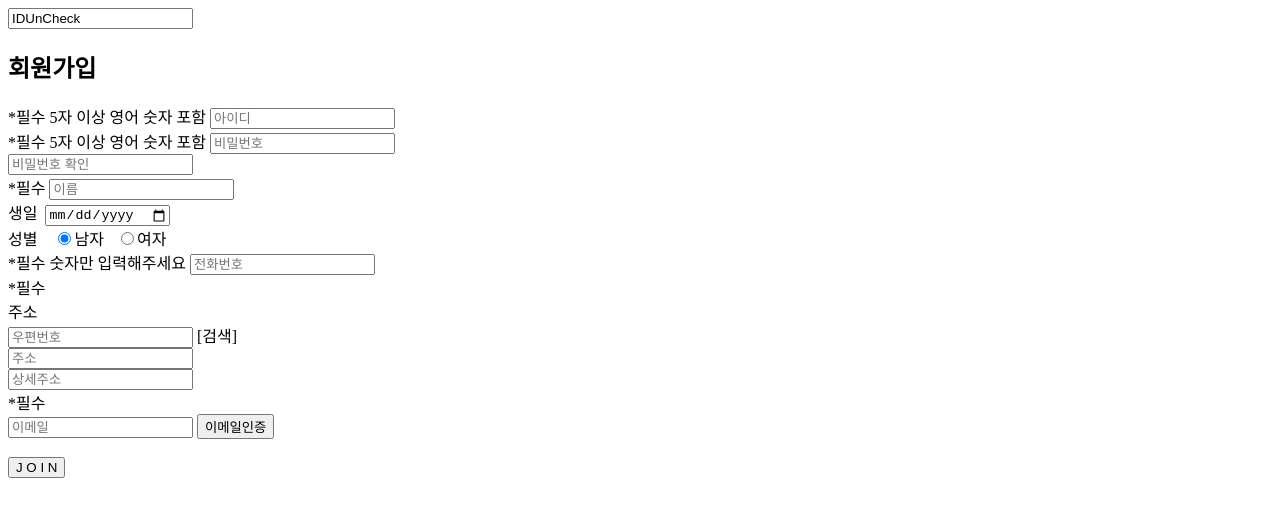
Repository: chmyj2/Team2_Final-project
Page: http://localhost/FinalProject/WEB-INF/views/2Team/t2login/t2_join.jsp
The author's editor kept a copy of each file at every save. The page is drawn from the files as they stood at one save, then again after the next save.
The browser window is 1280 px wide. The pictures show the whole page.
The page is served by Tomcat 9. Nobody is signed in. Other server files are loaded and not shown. The template is opened directly, without the code that normally fills it, so the values that code supplies are empty.

Above is the page before, as saved 2022-09-02 08:18:20.

### FinalProject/src/main/webapp/WEB-INF/views/2Team/t2login/t2_join.jsp
<%@ page language="java" contentType="text/html; charset=UTF-8"
    pageEncoding="UTF-8"%>
<%@ taglib uri="http://java.sun.com/jsp/jstl/core" prefix="c" %>
<!DOCTYPE html>
<html>
<head>
<meta charset="UTF-8">
<title>Insert title here</title>
</head>
<body>
<div class="t2-join-outdiv">
<form action="joinDo" method="POST" class="joinForm" name="joinForm" onsubmit="return joinCheck()">
        <input class="validCheck"  id="join_IDCheck" value="IDUnCheck">
        <input class="validCheck" type="hidden" id="join_emailCheckNum" value="emailUnCheck">
      <h2>회원가입</h2>
      <div class="join-textForm">
      	<span class="jointxt">*필수 5자 이상 영어 숫자 포함</span>
        <input name="member_ID" type="text" class="join-id" placeholder="아이디" id="joinMember_ID">
        <span id="idcheckResult"></span> <br>
        <span id="IDValidCheck"></span>
      </div>

      <div class="join-textForm">
      	<span class="jointxt">*필수 5자 이상 영어 숫자 포함</span>
        <input name="member_PW"  class="join-pw" placeholder="비밀번호">
      </div>

       <div class="join-textForm">
        <input name="loginPwConfirm"  class="join-pw2" placeholder="비밀번호 확인">
        <span class="pwCheckResult"></span>
      </div>

      <div class="join-textForm">
      <span class="jointxt-only">*필수</span>
        <input name="member_name"  class="join-name" placeholder="이름">
      </div>

      <div class="join-textForm brith">
      	생일&nbsp;&nbsp;<input name="member_birth" type="date" class="join-birth" >
      </div>

      <div class="join-textForm brith">
      	성별 &nbsp;&nbsp;
        <input name="member_sex" type="radio" class="join-sex" value="m" checked="checked">남자
        &nbsp;&nbsp;<input name="member_sex" type="radio" class="join-sex" value="w">여자
      </div>

      <div class="join-textForm">
      	<span class="jointxt">*필수 숫자만 입력해주세요</span>
        <input name="member_phoneNum" type="number" class="join-cellphoneNo" placeholder="전화번호">
      </div>

      <div class="join-textForm addr">
      <span class="jointxt-only-addr">*필수</span><br>
       주소<br>
        <input id="join_addr3Input" readonly="readonly" name="m_addr3" maxlength="5" autocomplete="off" placeholder="우편번호">
		<span id="addrSearchBtn">[검색]</span><br>
		<input id="join_addr1Input" readonly="readonly" name="m_addr1" maxlength="30" autocomplete="off" placeholder="주소"><br>
		<input id="join_addr2Input" name="m_addr2" maxlength="30" autocomplete="off" placeholder="상세주소">
      </div>

       <div class="join-textForm">
       <span class="jointxt-only">*필수</span><br>
        <input name="member_email" type="email" id="join-email" placeholder="이메일">
        <button type="button" id="join_mail_check">이메일인증</button><br>
        <input placeholder="인증번호를 입력해주세요" id="join_mail_num" type="hidden"> <br>
      <span id="mail-check-warn"></span> <!-- 인증코드 확인 -->
      <span id="emailcheckResult"></span> <!-- 중복확인 -->
      </div>

      <input type="hidden" name="member_linkWhere" value="1">
      <input type="hidden" name="member_paper" value="동의">
      <input type="submit" class="join-btn" value="J O I N"/>
    </form>
    </div>
</body>
</html>

After the next save:
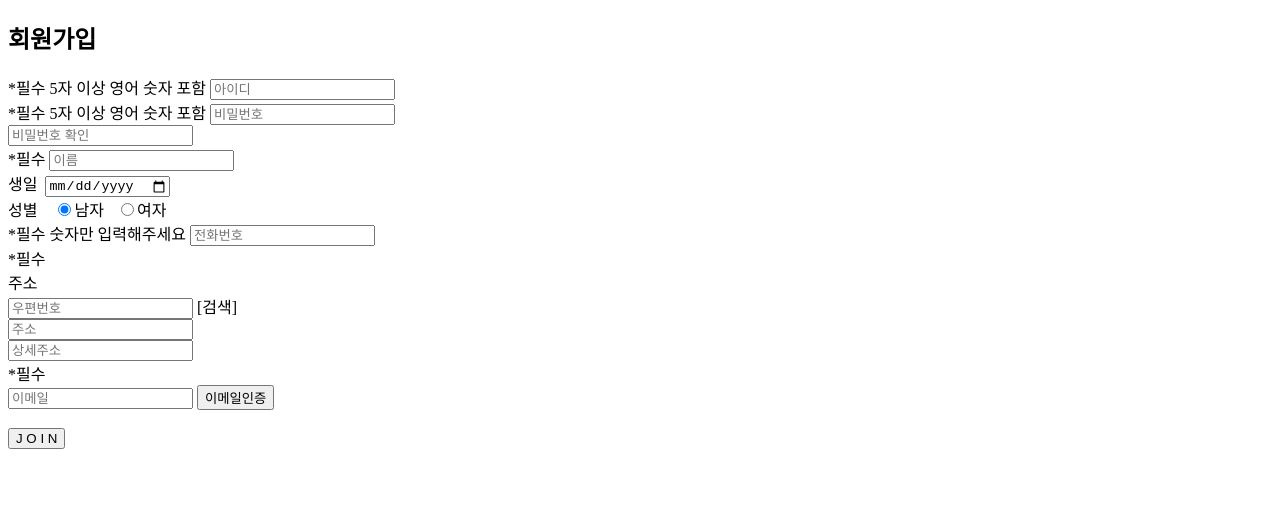
Saved 18 s later.
--- a/FinalProject/src/main/webapp/WEB-INF/views/2Team/t2login/t2_join.jsp
+++ b/FinalProject/src/main/webapp/WEB-INF/views/2Team/t2login/t2_join.jsp
@@ -10,7 +10,7 @@
 <body>
 <div class="t2-join-outdiv">
 <form action="joinDo" method="POST" class="joinForm" name="joinForm" onsubmit="return joinCheck()">
-        <input class="validCheck"  id="join_IDCheck" value="IDUnCheck">
+        <input class="validCheck" type="hidden" id="join_IDCheck" value="IDUnCheck">
         <input class="validCheck" type="hidden" id="join_emailCheckNum" value="emailUnCheck">
       <h2>회원가입</h2>
       <div class="join-textForm">

After the save that followed:
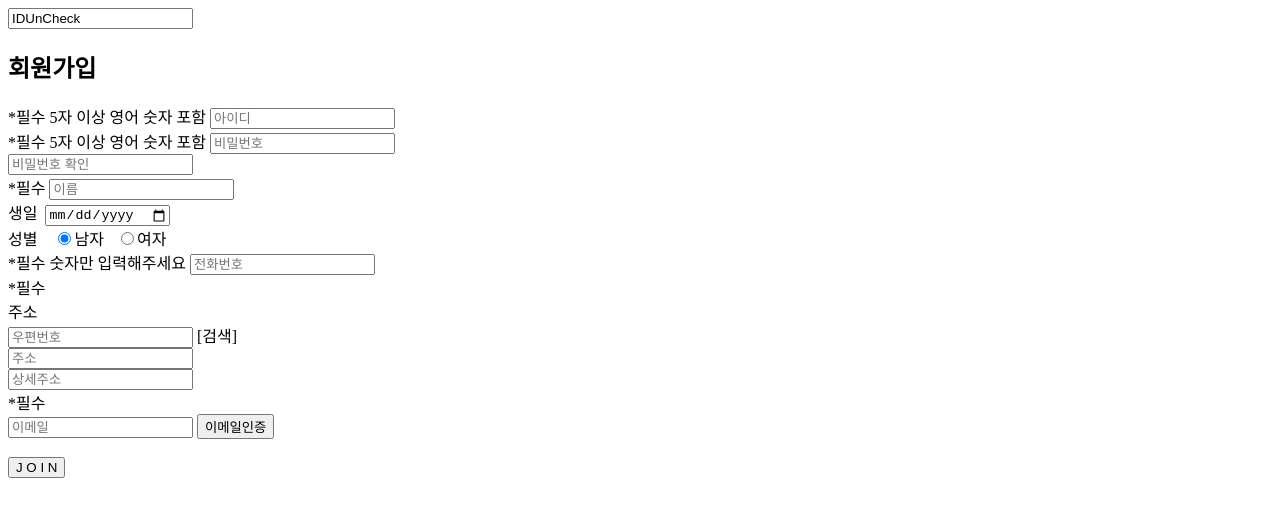
Saved 13 min 47 s later.
--- a/FinalProject/src/main/webapp/WEB-INF/views/2Team/t2login/t2_join.jsp
+++ b/FinalProject/src/main/webapp/WEB-INF/views/2Team/t2login/t2_join.jsp
@@ -10,7 +10,7 @@
 <body>
 <div class="t2-join-outdiv">
 <form action="joinDo" method="POST" class="joinForm" name="joinForm" onsubmit="return joinCheck()">
-        <input class="validCheck" type="hidden" id="join_IDCheck" value="IDUnCheck">
+        <input class="validCheck"  id="join_IDCheck" value="IDUnCheck">
         <input class="validCheck" type="hidden" id="join_emailCheckNum" value="emailUnCheck">
       <h2>회원가입</h2>
       <div class="join-textForm">
